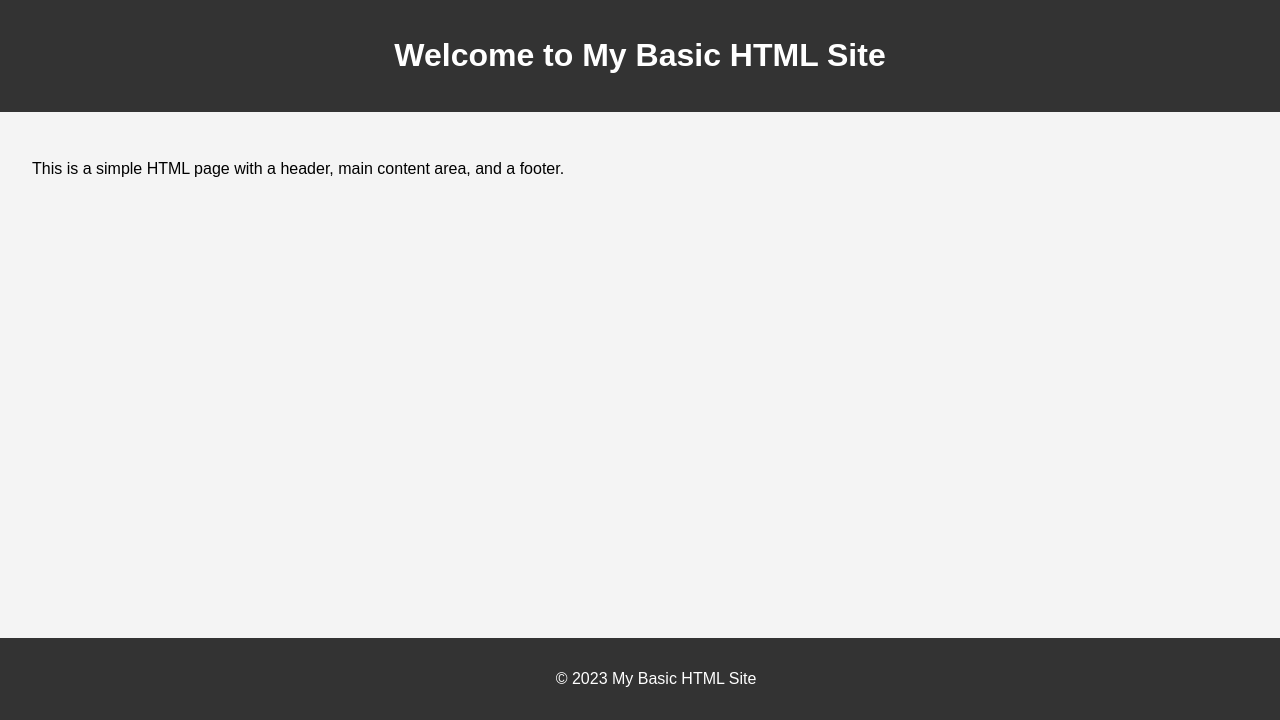
Repository: Tepag/WebPages
Page: Index.html
An editor plug-in stored every save of this project. The page is shown before and after the next save, followed by the edit.
The browser window is 1280 px wide. The pictures show the whole page.

Above is the page before, as saved 2024-10-15 12:22:47.

After the next save:
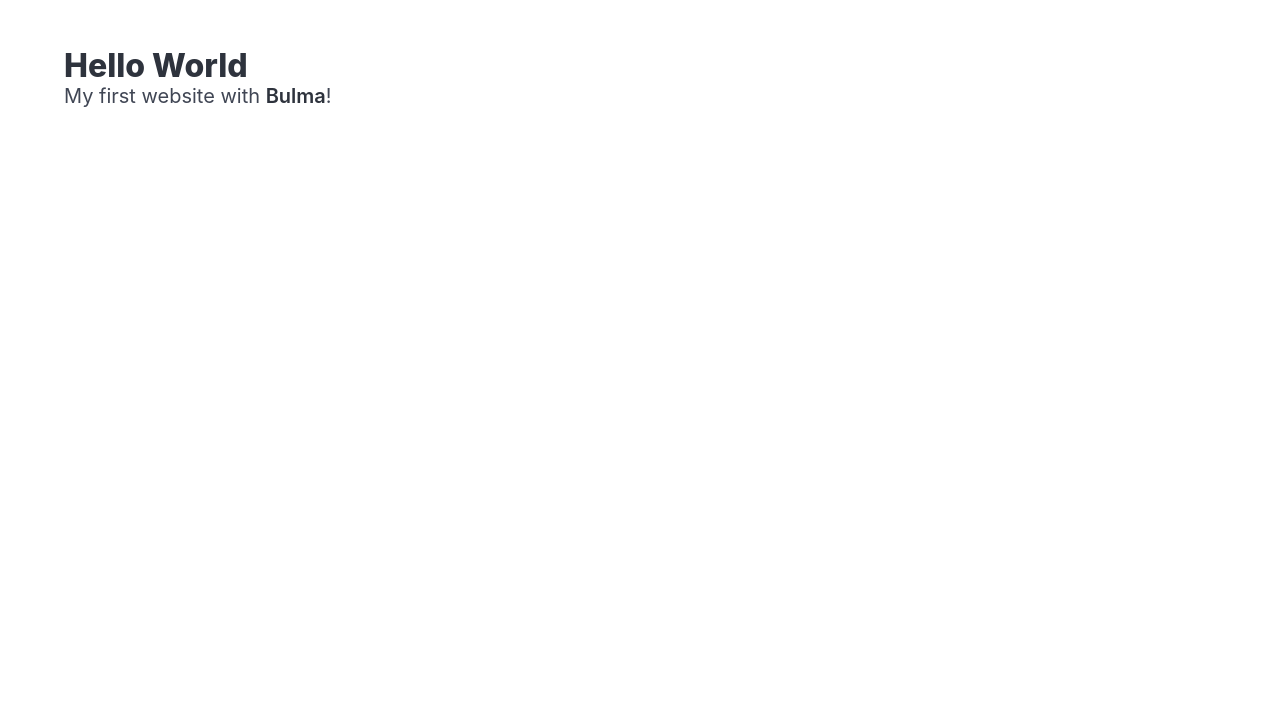
Saved 2 min 41 s later.
--- a/Index.html
+++ b/Index.html
@@ -1,53 +1,21 @@
-<!--
- * @Author: Tepag z190tpg@gmail.com
- * @Date: 2024-10-15 11:49:35
- * @LastEditors: Tepag z190tpg@gmail.com
- * @LastEditTime: 2024-10-15 12:22:43
- * @FilePath: \WebPages\Index.html
- * @Description: 这是默认设置,请设置`customMade`, 打开koroFileHeader查看配置 进行设置: https://github.com/OBKoro1/koro1FileHeader/wiki/%E9%85%8D%E7%BD%AE
--->
 <!DOCTYPE html>
-<html lang="en">
-<head>
-    <meta charset="UTF-8">
-    <meta name="viewport" content="width=device-width, initial-scale=1.0">
-    <title>Basic HTML Site</title>
-    <style>
-        body {
-            font-family: Arial, sans-serif;
-            margin: 0;
-            padding: 0;
-            background-color: #f4f4f4;
-        }
-        header {
-            background-color: #333;
-            color: #fff;
-            padding: 1rem;
-            text-align: center;
-        }
-        main {
-            padding: 2rem;
-        }
-        footer {
-            background-color: #333;
-            color: #fff;
-            text-align: center;
-            padding: 1rem;
-            position: fixed;
-            width: 100%;
-            bottom: 0;
-        }
-    </style>
-</head>
-<body>
-    <header>
-        <h1>Welcome to My Basic HTML Site</h1>
-    </header>
-    <main>
-        <p>This is a simple HTML page with a header, main content area, and a footer.</p>
-    </main>
-    <footer>
-        <p>&copy; 2023 My Basic HTML Site</p>
-    </footer>
-</body>
+<html>
+  <head>
+    <meta charset="utf-8">
+    <meta name="viewport" content="width=device-width, initial-scale=1">
+    <title>Hello Bulma!</title>
+    <link rel="stylesheet" href="https://cdn.jsdelivr.net/npm/bulma@1.0.2/css/bulma.min.css">
+  </head>
+  <body>
+  <section class="section">
+    <div class="container">
+      <h1 class="title">
+        Hello World
+      </h1>
+      <p class="subtitle">
+        My first website with <strong>Bulma</strong>!
+      </p>
+    </div>
+  </section>
+  </body>
 </html>
